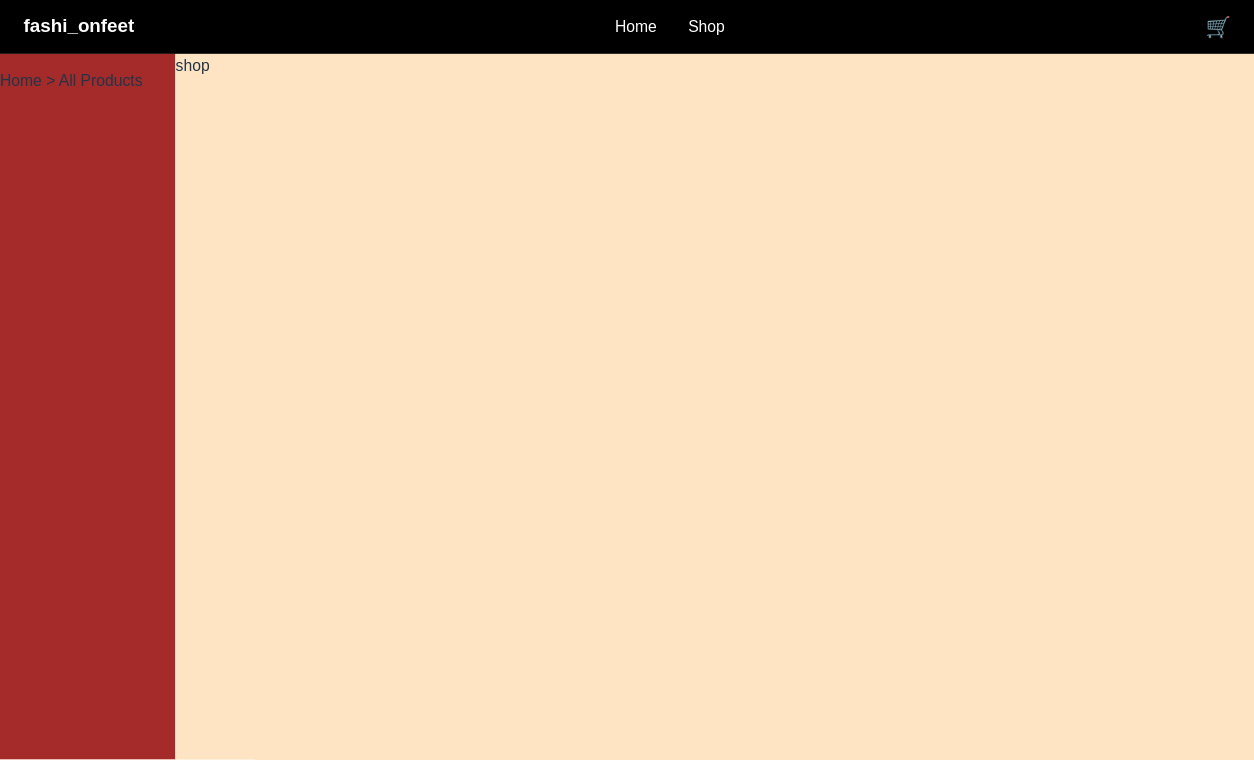
Repository: EphrahimLaanyu123/fashi_onfeet
Page: /shop
The author's editor kept a copy of each file at every save. The page is drawn from the files as they stood at one save, then again after the next save.
The browser window is 1280 px wide. The pictures show the whole page, at 98% of full size.
The project was rebuilt for these pictures with package versions that can differ from the ones it lists, and the page was loaded fresh each time. Also part of the build but not shown: vite.config.js, src/Home/Home.jsx, src/Home/components/Products.css, src/Home/components/Products.jsx, src/Shop/components/supabaseClient.js, src/Shop/components/AddForm.css, src/Shop/components/AddProductForm.jsx.

Above is the page before, as saved 2025-04-18 20:40:13.

After the next save:
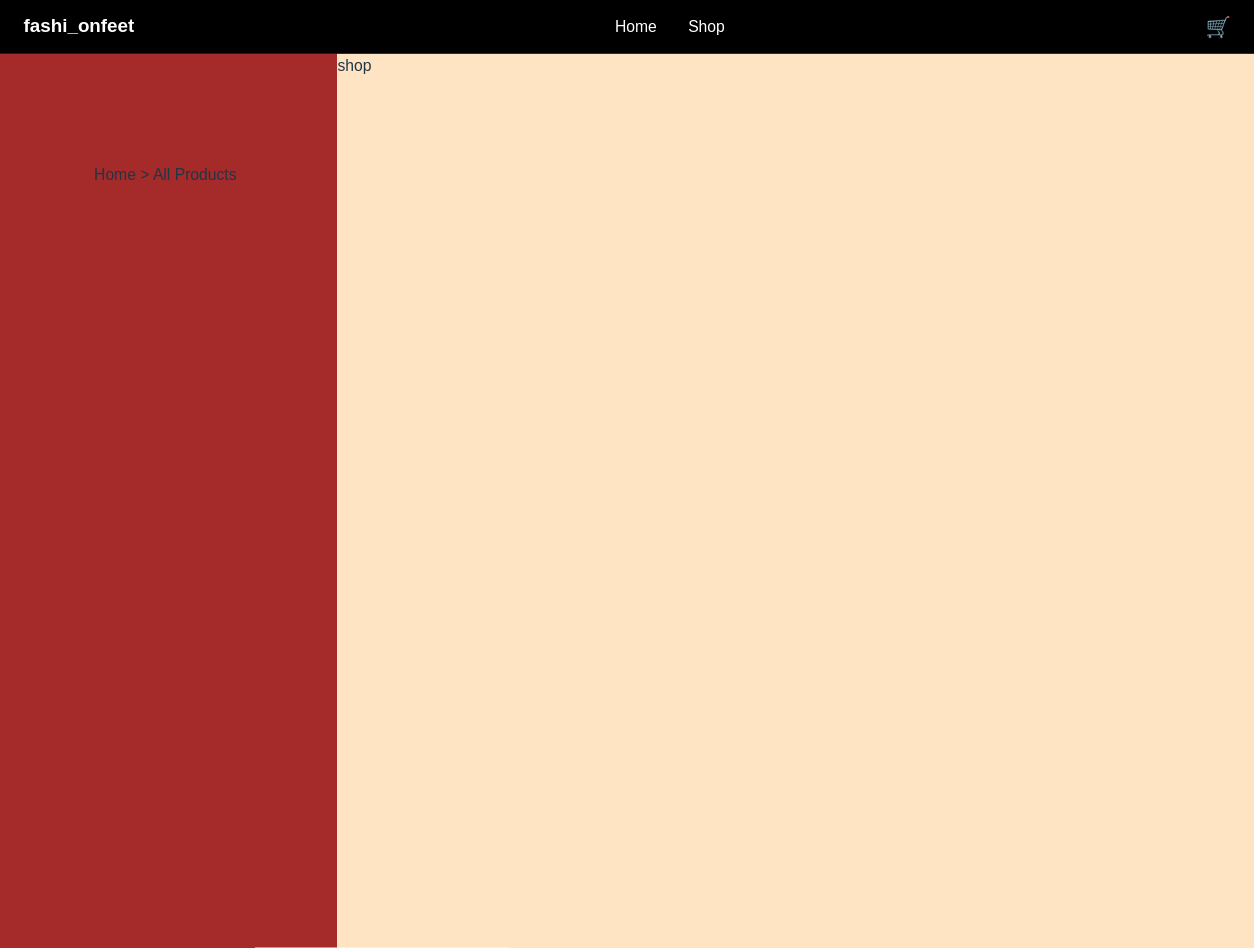
Saved 10 s later.
--- a/src/Shop/Shop.css
+++ b/src/Shop/Shop.css
@@ -17,6 +17,7 @@ body, html {
     width: 14%;
     min-height: 100vh;
     background-color: brown;
+    padding: 6rem;
 }
 
 .products-page {
